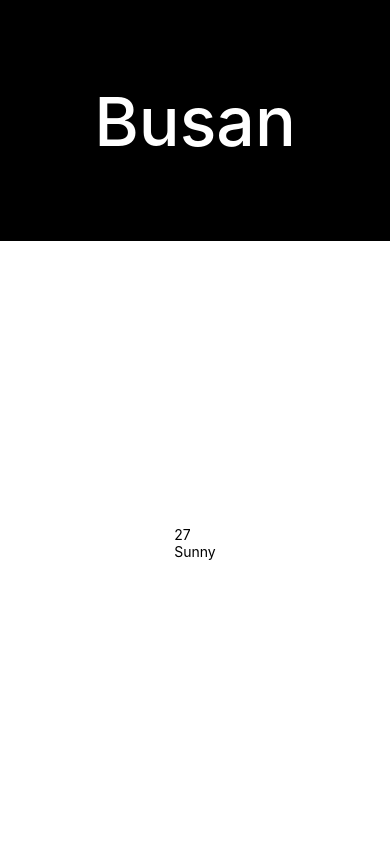
Repository: NewTurn2017/React-Native-Weather-App
Screen: /
An editor plug-in stored every save of this project. The screen is shown before and after the next save, followed by the edit.
The app was drawn by React Native's web renderer in a window 390 px wide. The project was rebuilt for these pictures with package versions that can differ from the ones it lists, and the page was loaded fresh each time.

Above is the screen before, as saved 2023-04-21 10:50:35.

### App.js
import { StatusBar } from 'expo-status-bar'
import { View, Text, StyleSheet } from 'react-native'

export default function App() {
  return (
    <View style={styles.container}>
      <StatusBar style="light" />
      <View style={styles.city}>
        <Text style={styles.cityText}>Busan</Text>
      </View>
      <View style={styles.weather}>
        <View>
          <Text styles={styles.day}>27</Text>
          <Text>Sunny</Text>
        </View>
      </View>
    </View>
  )
}

const styles = StyleSheet.create({
  container: {
    flex: 1,
    backgroundColor: 'black',
  },
  city: {
    flex: 1.2,
    backgroundColor: 'black',
    alignItems: 'center',
    justifyContent: 'center',
  },
  cityText: {
    color: 'white',
    fontSize: 68,
    fontWeight: '500',
  },
  weather: {
    flex: 3,
    backgroundColor: 'white',
    alignItems: 'center',
    justifyContent: 'center',
  },
  weatherText: {
    color: 'black',
    fontSize: 24,
  },
  day: {
    flex: 1,
    justifyContent: 'center',
    alignContent: 'center',
    backgroundColor: 'teal',
  },
})

After the next save:
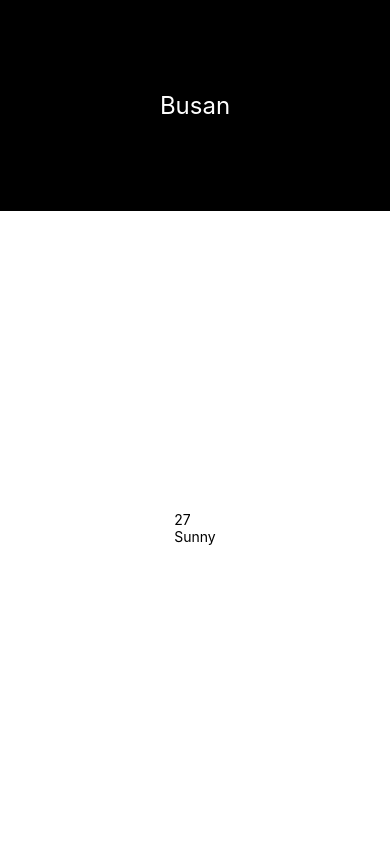
Saved 2 min 11 s later.
--- a/App.js
+++ b/App.js
@@ -10,29 +10,27 @@ export default function App() {
       </View>
       <View style={styles.weather}>
         <View>
-          <Text styles={styles.day}>27</Text>
-          <Text>Sunny</Text>
+          <Text styles={styles.temp}>27</Text>
+          <Text styles={styles.day}>Sunny</Text>
         </View>
       </View>
     </View>
   )
 }
-
 const styles = StyleSheet.create({
   container: {
     flex: 1,
     backgroundColor: 'black',
   },
   city: {
-    flex: 1.2,
+    flex: 1,
     backgroundColor: 'black',
     alignItems: 'center',
     justifyContent: 'center',
   },
   cityText: {
     color: 'white',
-    fontSize: 68,
-    fontWeight: '500',
+    fontSize: 24,
   },
   weather: {
     flex: 3,
@@ -40,14 +38,12 @@ const styles = StyleSheet.create({
     alignItems: 'center',
     justifyContent: 'center',
   },
-  weatherText: {
+  temp: {
+    color: 'black',
+    fontSize: 48,
+  },
+  day: {
     color: 'black',
     fontSize: 24,
   },
-  day: {
-    flex: 1,
-    justifyContent: 'center',
-    alignContent: 'center',
-    backgroundColor: 'teal',
-  },
 })
